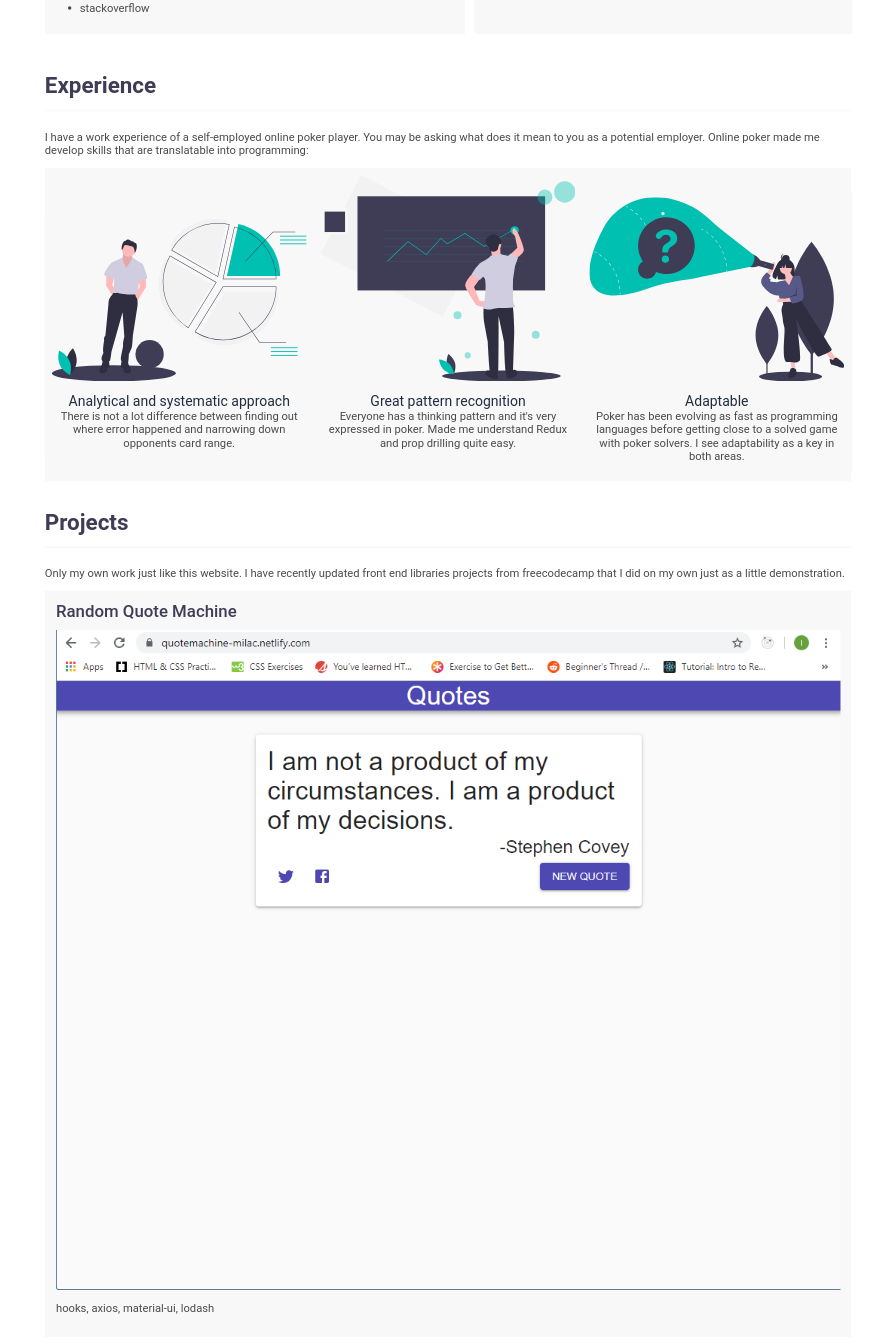
Repository: milac0/my-website
Page: /
These files come from the project's save history. The page is drawn as it stood at one moment and after the next save; the edit follows.
The browser window is 1280 px wide. The pictures show the part of the page from y = 987 to 2907 px (the page is 6626 px tall before and 6607 px after), at 70% of full size.
The project was rebuilt for these pictures with package versions that can differ from the ones it lists, and the page was loaded fresh each time. Also part of the build but not shown: src/components/formContact.module.css, src/components/FormContact.js, src/pages/contact.module.css, src/pages/Contact.js. Imported but missing from the stored project, and not drawn on this page: src/resume.pdf.

Above is the page before, as saved 2019-10-24 22:14:55.

### public/index.html
<!DOCTYPE html>
<html lang="en">
  <head>
    <meta charset="utf-8" />
    <link rel="icon" href="%PUBLIC_URL%/favicon.ico" />
    <meta name="viewport" content="width=device-width, initial-scale=1" />
    <meta name="theme-color" content="#000000" />
    <meta
      name="description"
      content="Web site created using create-react-app"
    />
    <!--
      manifest.json provides metadata used when your web app is installed on a
      user's mobile device or desktop. See https://developers.google.com/web/fundamentals/web-app-manifest/
    -->
    <link rel="manifest" href="%PUBLIC_URL%/manifest.json" />
    <!--
      Notice the use of %PUBLIC_URL% in the tags above.
      It will be replaced with the URL of the `public` folder during the build.
      Only files inside the `public` folder can be referenced from the HTML.

      Unlike "/favicon.ico" or "favicon.ico", "%PUBLIC_URL%/favicon.ico" will
      work correctly both with client-side routing and a non-root public URL.
      Learn how to configure a non-root public URL by running `npm run build`.
    -->
    <title>Mile Balenovic</title>
  </head>
  <body>
    <noscript>You need to enable JavaScript to run this app.</noscript>
    <div id="root"></div>
    <!--
      This HTML file is a template.
      If you open it directly in the browser, you will see an empty page.

      You can add webfonts, meta tags, or analytics to this file.
      The build step will place the bundled scripts into the <body> tag.

      To begin the development, run `npm start` or `yarn start`.
      To create a production bundle, use `npm run build` or `yarn build`.
    -->
  </body>
</html>

### src/index.css
html, body {
  height: 100%;
}


body {
  margin: 0;
  font-family: 'Roboto', sans-serif;
  -webkit-font-smoothing: antialiased;
  -moz-osx-font-smoothing: grayscale;
}

/*****
  Navbar & Hero
*****/

header,
.hero {
  background:#3F3D56;
  border-bottom: 0.1px solid #ffffff;
  text-align: center;
}

.hero {
  margin-bottom: 2em;
}

.container {
  width: 90%;
  max-width: 1200px;
  margin: 0 auto;
}

nav li {
  list-style: none;
  max-width: 400px;
  margin: 0 auto;
  display: flex;
  justify-content: space-evenly;
  align-items: center;
}

.nav-item:hover {
  filter: invert(0.1);
}
nav ul {
  padding: 0;
}

.hero {
  margin-bottom: 2.5em;
}

.hero-profile {
  padding: 3em 0;
}

.hero-profile img {
  margin-bottom: 0.5em;
}

.hero-profile-title,
.hero-profile-subtitle {
  color: #ffffff;
}

.hero-profile h1 {
  margin: 0;
  font-size: 2rem;
}

.hero-profile p {
  font-size: 1rem;
  margin: 0;
  margin-top: -0.25rem;
  margin-bottom: 1.5em;
}

.hero-profile-subtitle strong {
  font-weight: 700;
  color: #61dafb;
}

.button-cta,
.button-home {
  background: #00AEA0;
  color: #1f2e3f;
  padding: 0.75em 2em;
  border: none;
  border-radius: 20px;
  font-size: 1rem;
  font-weight: 700;
  text-decoration: none;
}

.button-cta:hover,
.button-cta:focus {
  background: #00C1B1;
  color: #1f2e3f;
  cursor: pointer;
}

.button-home {
  background: #ffffff;
  border: 2px solid #1f2e3f;
  padding: 0.3em 1em;
}

.button-home:hover,
.button-home:focus {
  border: 2px solid #ffffff;
 filter: invert(0.1);
}


/*****
  Typography
*****/

h1 {
  color: #3F3D56;
}

h2 {
  color: #3F3D56;
  font-size: 1.5rem;
  font-weight: 500;
  margin: 0;
}

p,
ul {
  color: #4a4a4a;
}

.section-skill h2 {
  color: #1F2E3F;
  font-size: 1.25rem;
  font-weight: 400;
  margin: 0;
}

.section-body {
  font-size: 1rem;
  margin-bottom: 1em;
}

#section-cta .section-title,
#section-cta .section-body {
  color: #ffffff;

}

/*****
  Layout
*****/
section {
  margin-bottom: 2.5em;
}

.section-title {
  border-bottom: 2px solid #F8F8F9;
  font-size: 2rem;
  padding-bottom: 0.5em;
}

.article-education,
.section-skill {
  box-shadow: 2px 2px #F8F8F9;
  border: 2px solid #F8F8F9;
  margin-bottom: 1em;
  padding: 0.5em;
}

.article-education li{
  margin-bottom: 0.5em;
}

.section-skill {
  background: #F8F8F9;
  text-align: center;
}

.section-skill p {
  margin: 0;
}

.section-skill-image {
  display: block;
  margin: 0 auto 1em auto;
  height: 260px;
  width: 100%;
}

article {
  background: #F8F8F9;
  padding: 1em;
  margin-bottom: 1em;
}

article h2 {
  margin-bottom: 0.5em;
}

.project-image {
  display: block;
  width: 100%;
  cursor: pointer;
  border-left: 1px solid #19427A;
  border-bottom: 1px solid #19427A;
  border-radius: 0 0 0 5px;
}

.project-image:hover {
  filter: invert(0.1);
}


#section-cta {
  padding-bottom: 5em;
  background: #3F3D56;
}

#section-cta{
  text-align: center;
  padding: 0.5em;
}

#section-cta .button-cta {
  margin: 1em 0 2em 0;
}

footer {
  background: #F8F8F9;
  padding: 3em 0;
  width: 100%;
  text-align: center;
  flex-shrink: 0;
}

.invalid-feedback {
  color: #D8000C;
  font-size: 0.75rem;
  font-family: 'Roboto', sans-serif;
}

@media (min-width: 752px) {
  nav li {
    max-width: 100%;
    margin: 0 auto;
    display: flex;
    justify-content: flex-end;
    align-items: center;
    position: relative;
  }

  nav ul {
    margin-left: 3em;
  }

  .nav-home-item {
    position: absolute;
    left: 0;
    margin: 0;
  }

  .articles-education {
    display: flex;
    flex-direction: row;
    justify-content: space-between;
  }

  .education-one {
    margin-right: 0.5em;
  }

  .education-two {
    margin-left: 0.5em;
  }

  .section-skills {
    background: #F8F8F9;
    display: flex;
    flex-direction: row;
    align-items: baseline;
  }
  .section-skill {
    flex: 1 1 300px;
      }

  .section-skill-image {
    height: auto;
    width: 100%;
  }
}

### src/App.js
import React from 'react';
import {
  BrowserRouter as Router,
  Switch,
  Route,
} from "react-router-dom";
import Home from './pages/Home'
import Contact from './pages/Contact';

function App() {
  return (
      <Router>
        <Switch>
        <Route path ="/" exact component={Home} />
        <Route path ="/contact" component={Contact} />
        </Switch>
      </Router>

  );
}

export default App;

### src/pages/Home.js
import React, { Fragment } from "react";
import Navbar from "../components/Navbar";
import Hero from "../components/Hero";
import AboutMe from "../components/AboutMe";
import Education from "../components/Education";
import Experience from "../components/Experience";
import Projects from "../components/Projects";
import SectionCTA from "../components/SectionCTA";
import Footer from "../components/Footer";

const Home = () => {
  return (
    <Fragment>
      <Navbar />
      <Hero />
      <main>
        <div className="container">
          <AboutMe />
          <Education />
          <Experience />
          <Projects />
          <SectionCTA />
        </div>
      </main>
      <Footer />
    </Fragment>
  );
};

export default Home;

### src/components/Navbar.js
import React from "react";
import { Link } from "react-router-dom";

import resumeIcon from "../images/resume.png";
import linkedinIcon from "../images/linkedin.png";
import githubIcon from "../images/github.png";
import homeIcon from "../images/home.png";
import resumePdf from "../resume.pdf";

//mui
import Tooltip from "@material-ui/core/Tooltip";

const Navbar = () => {
  return (
    <header>
      <div className="container">
        <nav>
          <li>
            <ul className="nav-home-item">
              <Tooltip title="Home">
                <Link to="/">
                  <img className="nav-item" src={homeIcon} alt="home" />
                </Link>
              </Tooltip>
            </ul>
            <ul>
              <Tooltip title="Resume">
                <a href={resumePdf} download target="_self">
                  <img className="nav-item" src={resumeIcon} alt="resume" />
                </a>
              </Tooltip>
            </ul>
            <ul>
              <Tooltip title="Linkedin">
                <a
                  href="https://www.linkedin.com/in/mile-balenovi%C4%87-a4ab9188/"
                  target="_blank"
                  rel="noopener noreferrer"
                >
                  <img className="nav-item" src={linkedinIcon} alt="linkedin" />
                </a>
              </Tooltip>
            </ul>
            <ul>
              <Tooltip title="Github">
                <a
                  href="https://github.com/milac0"
                  target="_blank"
                  rel="noopener noreferrer"
                >
                  <img className="nav-item" src={githubIcon} alt="github" />
                </a>
              </Tooltip>
            </ul>
          </li>
        </nav>
      </div>
    </header>
  );
};

export default Navbar;

### src/components/Hero.js
import React from "react";
import { Link } from "react-router-dom";
import LazyLoad from "react-lazyload";
import profileImg from "../images/profile.png";

const Hero = () => {
  return (
    <div className="hero">
      <div className="container">
        <div className="hero-profile">
          <img src={profileImg} className="hero-profile-image" alt="profile" />
          <h1 className="hero-profile-title">Mile Balenovic</h1>
          <p className="hero-profile-subtitle">
            Switching career to <strong>React</strong> development
          </p>
          <Link to="/contact">
            <button className="button-cta">Contact Me!</button>
          </Link>
        </div>
      </div>
    </div>
  );
};

export default Hero;

### src/components/AboutMe.js
import React from "react";

const AboutMe = () => {
  return (
    <section>
      <h1 className="section-title">About Me</h1>
      <p className="section-body">
        <strong>
          Master of Science in Information and communication technology.
        </strong>{" "}
        Constant learning and skill growth is what motivates me, while
        problem-solving and overcoming obstacles excites me. Completely involved
        in JavaScript upon ending online poker career in March 2019.
      </p>
    </section>
  );
};

export default AboutMe;

### src/components/Education.js
import React from "react";

const Education = () => {
  return (
    <section>
      <h1 className="section-title">Education</h1>
      <div className="articles-education">
      <article className="article-education education-one">
        <h2>Informal Education</h2>
        <p>
          Internet is full of programming materials. Sites listed down below
          helped me learn a lot about
          <strong> HTML</strong>, <strong>CSS</strong>,{" "}
          <strong>JavaScript</strong>,<strong> React</strong> and a little bit
          about other technologies from the ground up.
        </p>
        <ul>
          <li>freeCodeCamp.org</li>
          <li>Udemy courses from Andrew Mead and Maximilian Schwarzmüller</li>
          <li>
            Youtube tutorials from channels: classNameed, The Net Ninja, Travery
            Media{" "}
          </li>
          <li>MDN</li>
          <li>W3Schools</li>
          <li>stackoverflow</li>
        </ul>
      </article>
      <article className="article-education education-two">
        <h2>Formal Education</h2>
        <ul>
          <li>
            <strong>
              University of Zagreb, Faculty of Electrical Engineering and
              Computing
            </strong>
            , Master of Science in Information and Communication Technology -
            Oct 2011 - Sep 2014
          </li>
          <li>
            <strong>
              University of Zagreb, Faculty of Electrical Engineering and
              Computing
            </strong>
            , Bachelor of Science in Computing - Oct 2008 - Jun 2011
          </li>
          <li>
            <strong>Technical School of Ruđer Bošković</strong> - Sep 2004 - May
            2008
          </li>
        </ul>
      </article>
      </div>
    </section>
  );
};

export default Education;

### src/components/Experience.js
import React from "react";
import LazyLoad from "react-lazyload";
import analyticalImg from "../images/analytical.svg";
import patternImg from "../images/pattern.svg";
import adaptiveImg from "../images/adaptive.svg";

const Experience = () => {
  return (
    <section>
      <h1 className="section-title">Experience</h1>
      <p className="section-body">
        I have a work experience of a self-employed online poker player. You may
        be asking what does it mean to you as a potential employer. Online poker
        made me develop skills that are translatable into programming:
      </p>
      <div className="section-skills">
      <div className="section-skill">
        <LazyLoad height={260}>
          <img
            className="section-skill-image"
            src={analyticalImg}
            alt="analytical"
          />
        </LazyLoad>
        <h2>Analytical and systematic approach</h2>
        <p>
          There is not a lot difference between finding out where error happened
          and narrowing down opponents card range.
        </p>
      </div>
      <div className="section-skill">
        <LazyLoad height={260}>
          <img className="section-skill-image" src={patternImg} alt="pattern" />
        </LazyLoad>
        <h2>Great pattern recognition</h2>
        <p>
          Everyone has a thinking pattern and it's very expressed in poker. Made
          me understand Redux and prop drilling quite easy.
        </p>
      </div>
      <div className="section-skill">
        <LazyLoad height={260}>
          <img className="section-skill-image" src={adaptiveImg} alt="" />
        </LazyLoad>
        <h2>Adaptable</h2>
        <p>
          Poker has been evolving as fast as programming languages before
          getting close to a solved game with poker solvers. I see adaptability
          as a key in both areas.
        </p>
      </div>
      </div>
    </section>
  );
};

export default Experience;

### src/components/Projects.js
import React from "react";
import LazyLoad from "react-lazyload";

import quoteImg from "../images/quote.PNG";
import markdownImg from "../images/markdown.PNG";
import pomodoroImg from "../images/pomodoro.PNG";
import drumImg from "../images/drum.PNG";

const Projects = () => {
  return (
    <section>
      <h1 className="section-title">Projects</h1>
      <p className="section-body">
        Only my own work just like this website. I have recently updated
        front end libraries projects from freecodecamp that I did on my own just
        as a little demonstration.
      </p>
      <article>
        <h2>Random Quote Machine</h2>
        <a
          href="https://quotemachine-milac.netlify.com/"
          target="_blank"
          rel="noopener noreferrer"
        >
          <LazyLoad>
            <img className="project-image" src={quoteImg} alt="quote-machine" />
          </LazyLoad>
        </a>
        <p>hooks, axios, material-ui, lodash</p>
      </article>
      <article>
        <h2>Markdown Previewer</h2>
        <a
          href="https://markdown-milac.netlify.com/"
          target="_blank"
          rel="noopener noreferrer"
        >
          <LazyLoad>
            <img
              className="project-image"
              src={markdownImg}
              alt="markdown-previewer"
            />
          </LazyLoad>
        </a>
        <p>nothing</p>
      </article>
      <article>
        <h2>Drum Machine</h2>
        <a
          href="https://drummachine-milac.netlify.com/"
          target="_blank"
          rel="noopener noreferrer"
        >
          <LazyLoad>
            <img className="project-image" src={drumImg} alt="drum-machine" />
          </LazyLoad>
        </a>
        <p>hooks, axios, material-ui</p>
      </article>
      <article>
        <h2>Pomodoro Clock</h2>
        <a
          href="https://pomodoro-clo.netlify.com/"
          target="_blank"
          rel="noopener noreferrer"
        >
          <LazyLoad>
            <img
              className="project-image"
              src={pomodoroImg}
              alt="pomodoro clock"
            />
          </LazyLoad>
        </a>
        <p>hooks, axios, material-ui</p>
      </article>
    </section>
  );
};

export default Projects;

### src/components/SectionCTA.js
import React from "react";
import { Link } from "react-router-dom";

const SectionCTA = () => {
  return (
    <section id="section-cta">
      <h1 className="section-title">You like what you've read?</h1>
      <p className="section-body">
        I have plenty more to learn and as a part of your team I'm sure I can contribute to your company in no time.
      </p>
      <Link to="/contact">
        <button className="button-cta">Contact Me!</button>
      </Link>
    </section>
  );
};

export default SectionCTA;

### src/components/Footer.js
import React from "react";

const Footer = () => {
  return (
    <footer>
      <p> Copyright 2019</p>
    </footer>
  );
};

export default Footer;

Loaded but not shown: src/index.js (common file)

After the next save:
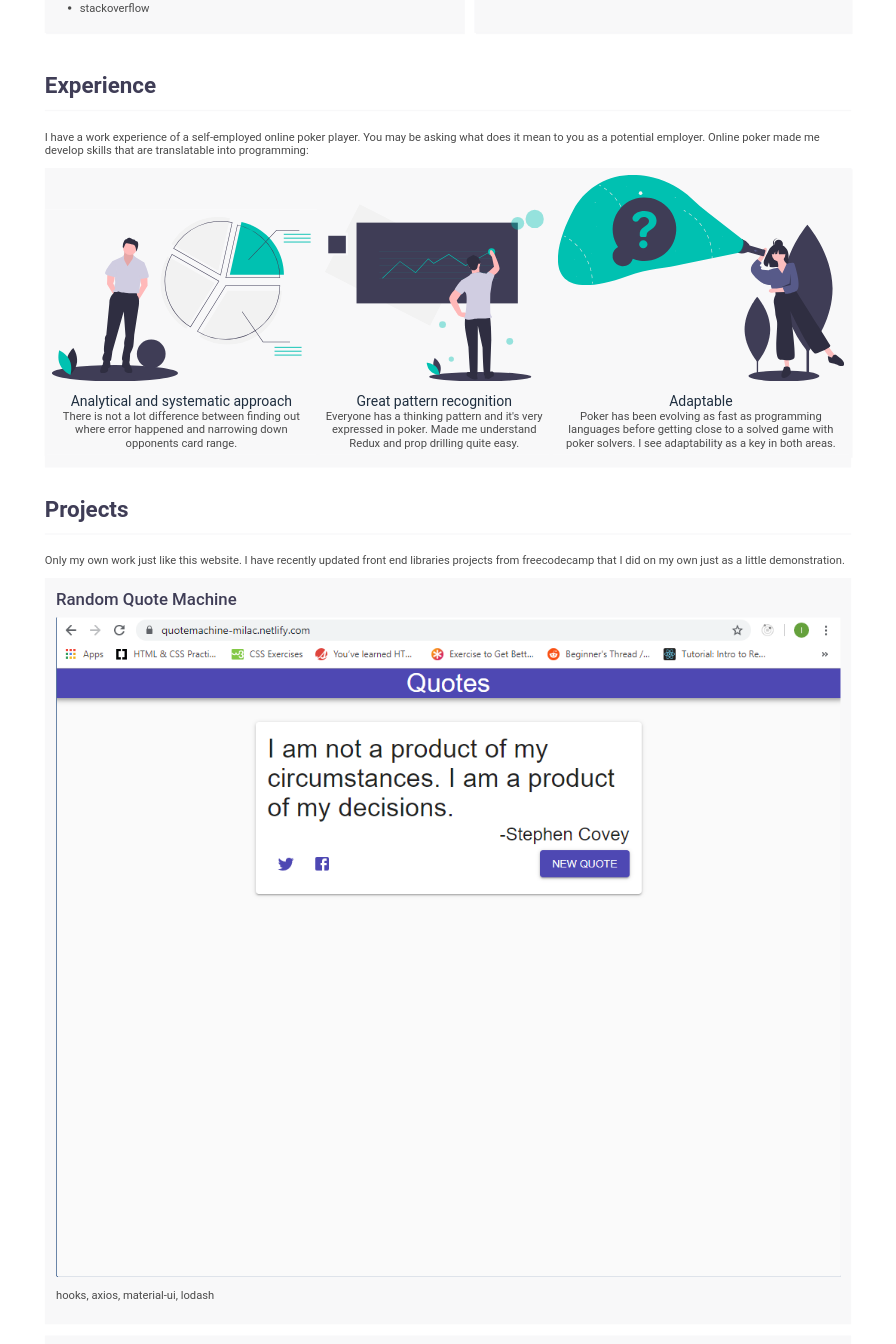
Saved 13 s later.
--- a/src/index.css
+++ b/src/index.css
@@ -285,11 +285,16 @@
     align-items: baseline;
   }
   .section-skill {
-    flex: 1 1 300px;
+    /* flex: 1 1 300px; */
       }
 
   .section-skill-image {
     height: auto;
     width: 100%;
   }
-}
+
+
+
+
+
+}

After the save that followed:
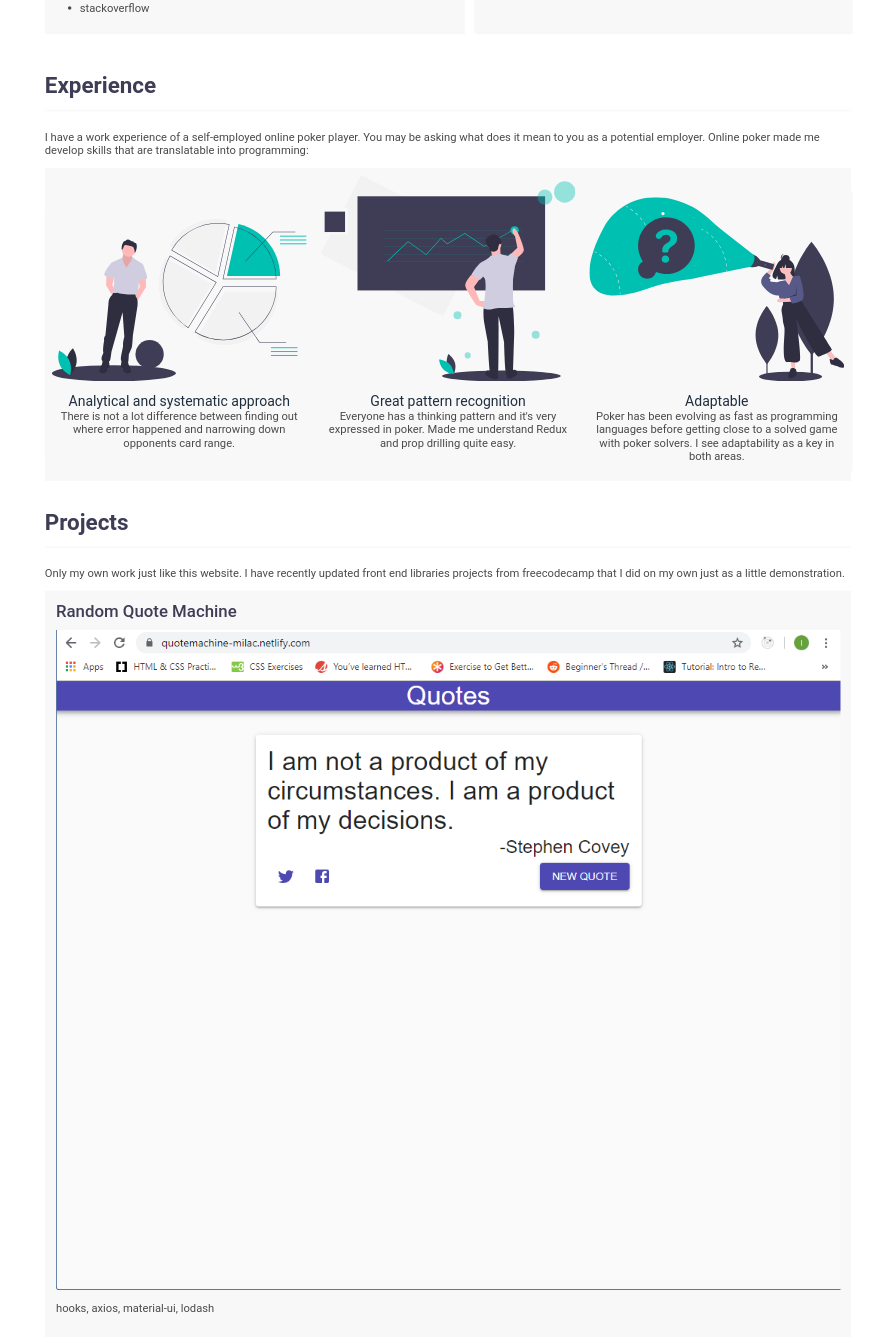
Saved 5 s later.
--- a/src/index.css
+++ b/src/index.css
@@ -285,7 +285,7 @@
     align-items: baseline;
   }
   .section-skill {
-    /* flex: 1 1 300px; */
+    flex: 1 1 300px;
       }
 
   .section-skill-image {
